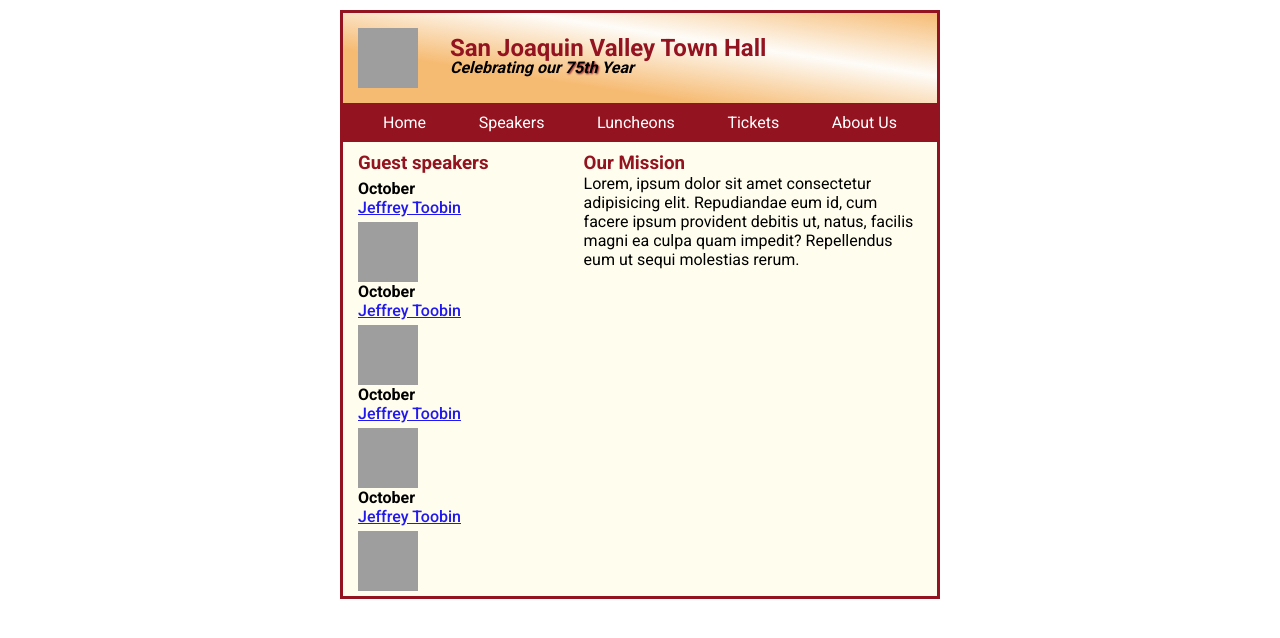
Repository: Mannj-nef/ex-5-6-7-8_IvVettech
Page: index.html
An editor plug-in stored every save of this project. The page is shown before and after the next save, followed by the edit.
The browser window is 1280 px wide. The pictures show the whole page.
Pictures or frames that could not be fetched are drawn as grey boxes.

Above is the page before, as saved 2022-03-24 21:56:26.

### index.html
<!DOCTYPE html>
<html lang="en">
  <head>
    <meta charset="UTF-8" />
    <meta http-equiv="X-UA-Compatible" content="IE=edge" />
    <meta name="viewport" content="width=device-width, initial-scale=1.0" />
    <link rel="stylesheet" href="./Asset/style.css" />
    <link rel="preconnect" href="https://fonts.googleapis.com" />
    <link rel="preconnect" href="https://fonts.gstatic.com" crossorigin />
    <link
      href="https://fonts.googleapis.com/css2?family=Roboto:wght@300;400;500;700&display=swap"
      rel="stylesheet"
    />
    <title>Exercise5-6</title>
    <link
      rel="shortcut icon"
      href="https://iviettech.vn/wp-content/themes/viettech/img/front/favicon.ico"
      type="image/x-icon"
    />
  </head>
  <body>
    <div id="app">
      <header id="header">
        <div class="header-top">
          <div class="header-image__wrapper">
            <img
              src="https://source.unsplash.com/random"
              alt=""
              class="header-image"
            />
          </div>
          <div class="header-main">
            <h2 class="header-main__title">San Joaquin Valley Town Hall</h2>
            <p class="header-main__decs">
              Celebrating our
              <span class="header-main__decs-b"
                >75 <span class="header-main__decs-c">th</span>
              </span>
              Year
            </p>
          </div>
        </div>
        <div class="header-nav">
          <ul class="header-nav__list">
            <li class="header-nav__item">
              <a href="" class="header-nav__link">Home</a>
            </li>
            <li class="header-nav__item">
              <a href="" class="header-nav__link">Speakers</a>
            </li>
            <li class="header-nav__item">
              <a href="" class="header-nav__link">Luncheons</a>
            </li>
            <li class="header-nav__item">
              <a href="" class="header-nav__link">Tickets</a>
            </li>
            <li class="header-nav__item">
              <a href="" class="header-nav__link">About Us</a>
            </li>
          </ul>
        </div>
      </header>
      <section id="content">
        <div class="content-left">
          <h3 class="content-title">Guest speakers</h3>

          <div class="content-left__member">
            <p class="content-left__member-month">October</p>
            <a href="" class="content-left__member-link">Jeffrey Toobin</a>
            <div class="content-left__member-avata-wrapper">
              <img
                src="https://source.unsplash.com/random"
                alt=""
                class="content-left__member-avata"
              />
            </div>
          </div>
          <div class="content-left__member">
            <p class="content-left__member-month">October</p>
            <a href="" class="content-left__member-link">Jeffrey Toobin</a>
            <div class="content-left__member-avata-wrapper">
              <img
                src="https://source.unsplash.com/random"
                alt=""
                class="content-left__member-avata"
              />
            </div>
          </div>
          <div class="content-left__member">
            <p class="content-left__member-month">October</p>
            <a href="" class="content-left__member-link">Jeffrey Toobin</a>
            <div class="content-left__member-avata-wrapper">
              <img
                src="https://source.unsplash.com/random"
                alt=""
                class="content-left__member-avata"
              />
            </div>
          </div>
          <div class="content-left__member">
            <p class="content-left__member-month">October</p>
            <a href="" class="content-left__member-link">Jeffrey Toobin</a>
            <div class="content-left__member-avata-wrapper">
              <img
                src="https://source.unsplash.com/random"
                alt=""
                class="content-left__member-avata"
              />
            </div>
          </div>
        </div>
        <div class="constent-right">
          <h3 class="content-title">Our Mission</h3>
          <p class="constent-right__desc">
            Lorem, ipsum dolor sit amet consectetur adipisicing elit.
            Repudiandae eum id, cum facere ipsum provident debitis ut, natus,
            facilis magni ea culpa quam impedit? Repellendus eum ut sequi
            molestias rerum.
          </p>
        </div>
      </section>
    </div>
  </body>
</html>

### Asset/style.css
* {
  margin: 0;
  padding: 0;
  box-sizing: border-box;
}
html {
  font-family: "Roboto", sans-serif;
}
:root {
  --prymary-color: #931420;
  --white-color: #fff;
  --yellow-color: #ebc700;
  --blue-color: #2119ee;
  --size: 60px;
}

#app {
  margin: 10px auto;
  width: 600px;
  border: 3px solid var(--prymary-color);
}

#header {
}
.header-top {
  padding: 15px;
  display: flex;
  align-items: center;
  background-image: linear-gradient(
    to right top,
    #f6bb73 30%,
    #fefcf8,
    #f6bb73
  );
}
.header-image__wrapper {
  width: var(--size);
  height: var(--size);
  margin-right: 2em;
}
.header-image {
  width: 100%;
  height: 100%;
}
.header-main {
  line-height: 20px;
}
.header-main__title {
  color: var(--prymary-color);
}
.header-main__decs {
  color: #000;
  font-weight: 600;
  font-style: italic;
}
.header-main__decs-b {
  display: inline-flex;
  text-shadow: 1px 1px 2px var(--prymary-color);
}
.header-nav {
  background-color: var(--prymary-color);
}
.header-nav__list {
  list-style: none;
  display: flex;
  justify-content: space-between;
  padding: 0 20px;
}
.header-nav__item {
  padding: 10px 20px;
}
.header-nav__link {
  font-weight: 400;
  text-decoration: none;
  color: var(--white-color);
}
.header-nav__item:hover .header-nav__link {
  color: var(--yellow-color);
}

#content {
  background-color: #fffded;
  padding: 10px 15px;
  display: flex;
}

.content-left {
  width: 40%;
}
.content-title {
  color: var(--prymary-color);
}
.content-left__member {
}
.content-left__member-month {
  margin-top: 5px;
  font-weight: 600;
}
.content-left__member-link {
  font-weight: 500;
  color: var(--blue-color);
}
.content-left__member-avata-wrapper {
  width: var(--size);
  height: var(--size);
}
.content-left__member-avata {
  margin-top: 5px;
  width: 100%;
  height: 100%;
}
.constent-right {
  width: 60%;
}

After the next save:
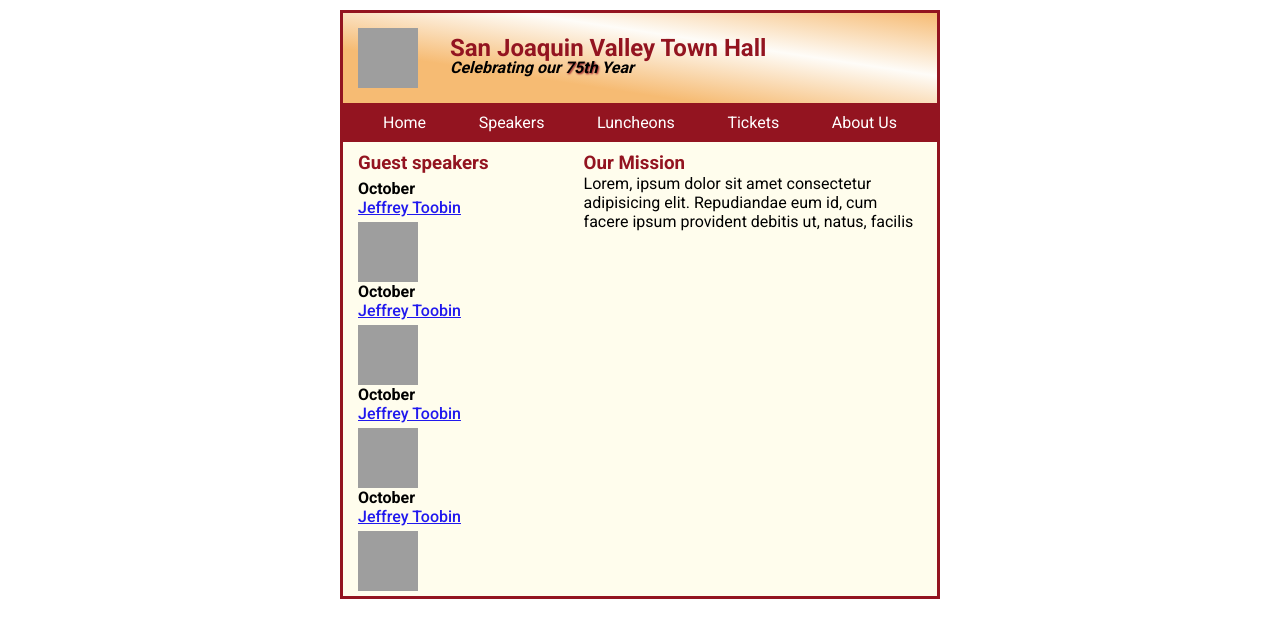
Saved 15 s later.
--- a/index.html
+++ b/index.html
@@ -114,8 +114,7 @@
           <p class="constent-right__desc">
             Lorem, ipsum dolor sit amet consectetur adipisicing elit.
             Repudiandae eum id, cum facere ipsum provident debitis ut, natus,
-            facilis magni ea culpa quam impedit? Repellendus eum ut sequi
-            molestias rerum.
+            facilis
           </p>
         </div>
       </section>
